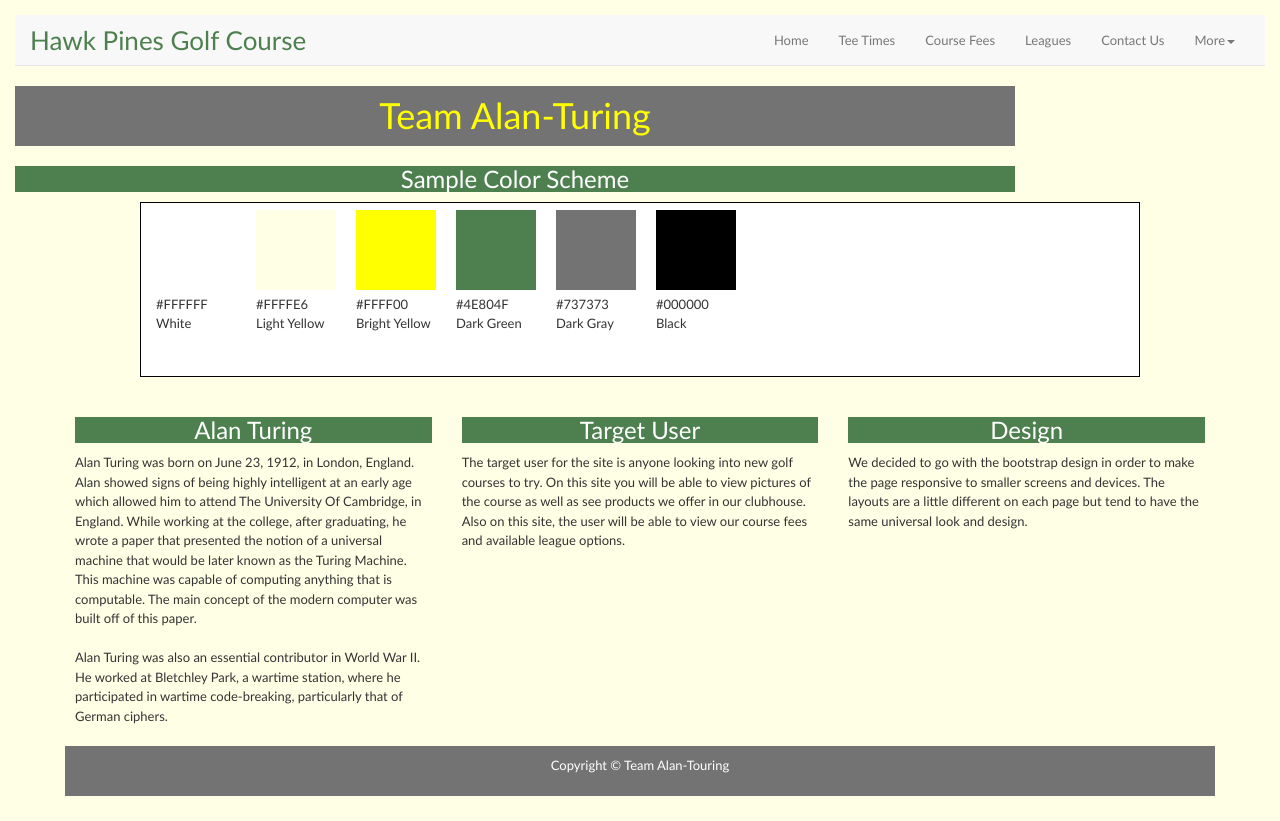
Repository: alia20/Golfcourse
Page: readMe.html
The author's editor kept a record of every edit. The page is drawn from the files as they stood at one moment, then again after the next edit.
The browser window is 1280 px wide. The pictures show the whole page.

Above is the page before.

### readMe.html
<!DOCTYPE html>
<html lang="en">
<head>
 <meta charset="utf-8">
 <meta name="viewport" content="width=device-width, initial-scale=1">
<!-- readMe.html - Group project
        Written by:  Andrew Nielsen  Nielsena5@csp.edu
        Csc135: Web Page
		Written: 12/1/2016
		Revised: 12/3/2016
   -->

<!--
Bootstrap Screen Resolutions:
lg - Large width      retina    1200px+
md - medium width     desktop    992px+
sm - small width      tablets    768px+
xs - xtra small       mobile       0px+
-->
<title>Alan-Turing Project</title>

</head>
<body>
<nav class="navbar navbar-default navbar-static-top">
    <div class="container-fluid">
        <div class="navbar-header">
            <span class="sr-only"><a href="#skip">Skip Navigation</a></span>

            <button type="button" class="navbar-toggle" data-toggle="collapse" data-target="#navbarcollapse">
                <span class="icon-bar"></span>
                <span class="icon-bar"></span>
                <span class="icon-bar"></span>
            </button>
            <a href="#" class="navbar-brand">Hawk Pines Golf Course</a>
        </div>
        <div class="navbar-right collapse navbar-collapse" id="navbarcollapse">
            <ul class="nav navbar-nav">
                <li> <a href="index.html">Home</a> </li>
                <li> <a href="teeTimes.html">Tee Times</a></li>
                <li> <a href="fees.html">Course Fees</a></li>
                <li> <a href="leagues.html">Leagues</a></li>
                <li> <a href="contact.html">Contact Us</a></li>
                <li> <a href="#" data-toggle="dropdown">More<span class="caret"></span></a>
                    <ul class="dropdown-menu">
                        <li> <a href="gallery.html">Photo Gallery</a></li>
                        <li> <a href="#">Clubhouse</a></li>
                        <li> <a href="#">Twitter</a></li>
                    </ul>
                </li>
            </ul>
        </div>
    </div>
</nav>
<p id="skip"></p>

<h1>Team Alan-Turing</h1>
<h3>Sample Color Scheme</h3>
<div class="colorRow">
     <div class="colorAndDesc">
           <div class="colorBox" style="background:#ffffff;">&nbsp;</div>
           <p>
           #FFFFFF<br>
           White<br>
           </p>
     </div>

     <div class="colorAndDesc">
           <div class="colorBox" style="background:#ffffe6;">&nbsp;</div>
            <p>
             #FFFFE6<br>
             Light Yellow<br>
            </p>
     </div>

   <div class="colorAndDesc">
        <div class="colorBox" style="background:#FFFF00;">&nbsp;</div>
        <p>
        #FFFF00<br>
        Bright Yellow<br>

        </p>
     </div>

     <div class="colorAndDesc">
        <div class="colorBox" style="background:#4E804F;">&nbsp;</div>
        <p>
        #4E804F<br>
        Dark Green<br>
        </p>
     </div>

     <div class="colorAndDesc">
        <div class="colorBox" style="background:#737373;">&nbsp;</div>
        <p>
        #737373<br>
        Dark Gray<br>
        </p>
     </div>

     <div class="colorAndDesc">
        <div class="colorBox" style="background:#000000;">&nbsp;</div>
        <p>
        #000000<br>
        Black<br>
        <br>
        </p>
     </div>
</div>
<div class="container">

     <div class="row">
         <div class="col-xs-4">
             <h3>Alan Turing</h3>
             <p>
                 Alan Turing was born on June 23, 1912, in London, England.  Alan showed signs of
                 being highly intelligent at an early age which allowed him to attend The University
                 Of Cambridge, in England.  While working at the college, after graduating, he wrote
                 a paper that presented the notion of a universal machine that would be later known
                 as the Turing Machine.  This machine was capable of computing anything that is computable.
                 The main concept of the modern computer was built off of this paper.
                 <br />
                 <br />
                 Alan Turing was also an essential contributor in World War II.  He worked at
                 Bletchley Park, a wartime station, where he participated in wartime code-breaking,
                 particularly that of German ciphers.
             </p>
         </div>

         <div class="col-xs-4">
             <h3>Target User</h3>
             <p>
                 The target user for the site is anyone looking into new golf courses to try.  On this
                 site you will be able to view pictures of the course as well as see products we offer
                 in our clubhouse.  Also on this site, the user will be able to view our course fees and
                 available league options.
             </p>
         </div>

         <div class="col-xs-4">
             <h3>Design</h3>
             <p>
                 We decided to go with the bootstrap design in order to make the page responsive to
                 smaller screens and devices.  The layouts are a little different on each page but tend
                 to have the same universal look and design.
             </p>
          </div>
       </div>
    <footer>
        <div class="row">
            <div class="col-lg-12 text-center">
                <p>Copyright &copy; Team Alan-Touring</p>
            </div>
        </div>
    </footer>
</div>


<!-- After the page loads, and the user has something to look at,
     download the files needed for jQuery and Bootstrap.
-->
<!-- (1) jQuery library -->
<script src="https://ajax.googleapis.com/ajax/libs/jquery/1.12.0/jquery.min.js"></script>
<!-- (2) Latest compiled JavaScript -->
<script src="https://maxcdn.bootstrapcdn.com/bootstrap/3.3.6/js/bootstrap.min.js"></script>
<!-- (3) Latest compiled and minified CSS -->
<link rel="stylesheet" href="https://maxcdn.bootstrapcdn.com/bootstrap/3.3.6/css/bootstrap.min.css" />
<!-- (4) Bring in local JavaScript functions -->
<!-- <script src="script.js"></script> -->
<link href="project.css" rel="stylesheet" type="text/css" />

</body>
</html>

### project.css
/*      project.css - style sheet for the group project
        Written by:  Andrew Nielsen  Nielsena5@csp.edu
        Csc135: Project CSS
		Written: 10/29/2016
		Revised: 11/13/2016
   */
a {
text-decoration:      none;
}

body {
background:           #ffffe6;
font-family:          optima, arial, helvetica, san-serif;
font-size:            130%;
line-height:          1.5;
padding:              15px;
}

form {
float:               left;
max-width:           100%;
}

h1 {
background:           #737373;
color:                #ffff00;
margin:               10px,10px;
max-width:            1000px;
padding:              10px;
text-align:           center;

}

h3 {
background:           #4e804f;
color:                white;
margin:               5px, auto;
max-width:            1000px;
padding:              5px,5px;
text-align:           center;
}

nav .container-fluid .navbar-header a  {
color:                #4e804f;
font-size:            2em;
}

button {
padding-left:         10px;
}

.aside {
float:                right;
max-width:            30%;
}

footer {
background-color:     #737373;
font-size:            1em;
color:                white;
}

.carousel-inner  .item  img,
.carousel-inner  .item  a  img {
width:                100%;
margin:               auto;
}

.colorRow {
background:           #ffffff;
border:               1px black solid;
display:              block;
height:               175px;
margin:               0px auto;
max-width:            1000px;
padding:              2px 15px;
}

.colorBox {
height:               80px;
margin:               5px 5px 5px 0px;
width:                80px;
}

.colorAndDesc {
float:                left;
width:                100px;
}

.container {
max-width:            1500px;
padding:              10px;
}

.input-group {
padding:              10px;
}

.row {
padding:              10px;
}

.table {
clear:                both;
max-width:            960px;
padding:              10px;
}

.thumbnail a {
text-decoration:      none;
}






.book_date {
    padding: 6px 8px;
    border: 1px solid #00AD8A;
    margin-bottom: 25px;
}
.people input[type="text"] {
    border: 1px solid #00AD8A;
    outline: none;
    padding: 8px 8px;
    width: 100%;
    color: #000;
    font-size: 0.9em;
	background:transparent;
}
.glyphicon.glyphicon-calendar {
    color: blue;
}
.types {
    width: 99%;
    padding: .4em 1em;
    font-size: 1em;
    outline: none;
    text-transform: capitalize;
    border: 1px solid #00AD8A;
	color: #000;
	    background: transparent;
}
.people input[type="submit"] {
    width: 100%;
    padding: 0.5em;
    margin-top: 1.5em;
    background: #00AD8A;
    outline: none;
    border: none;
    color: #fff;
}
.booking h5 {
    font-size: 1em;
    margin-bottom: 2em;
}
.booking-grids {
    margin-top: 2em;
}
.booking {
	padding: 5em 0;
	background:rgba(0, 173, 138, 0.06);
}



.footer{
	background-color: #c5a8ff;
	font-size: 1em;
	color: white;
}

After the next edit:
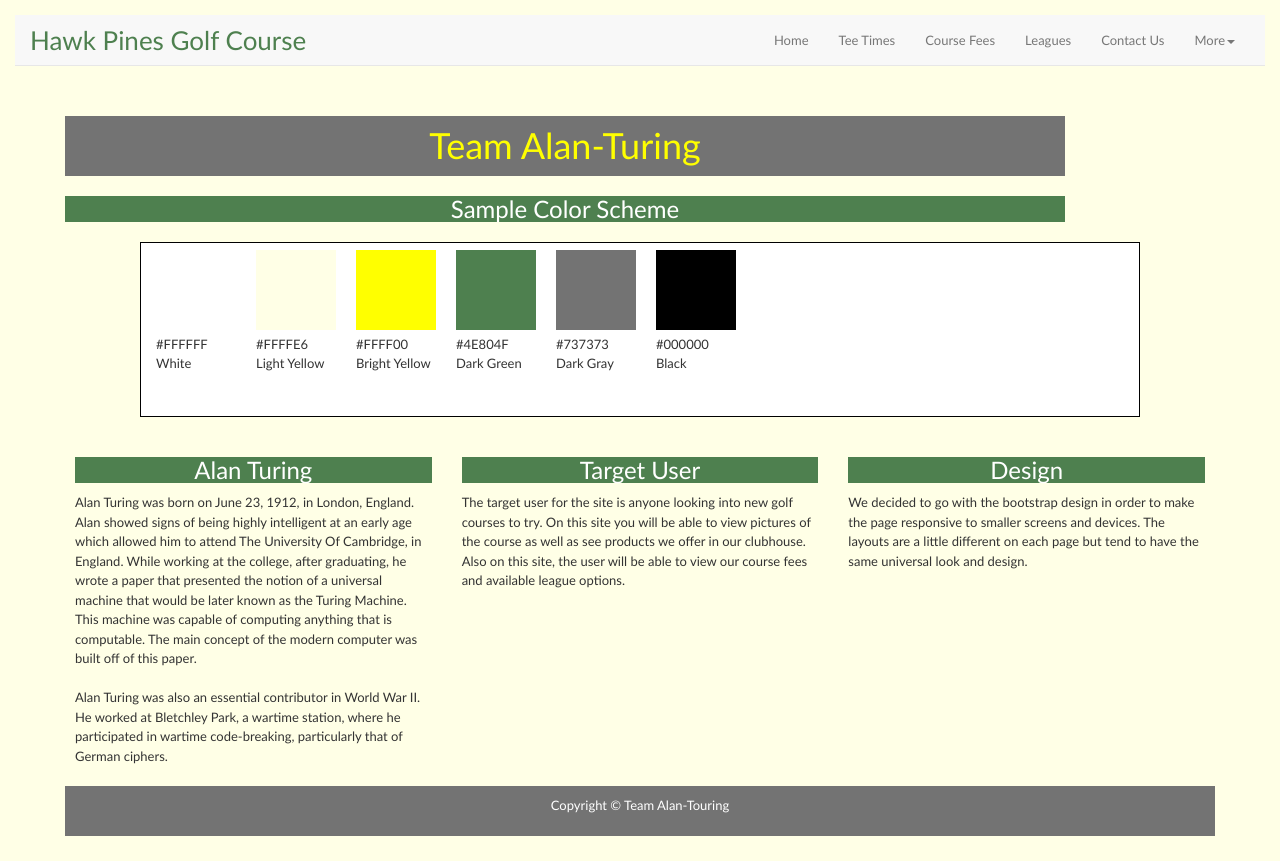
The edit:
--- a/readMe.html
+++ b/readMe.html
@@ -52,9 +52,10 @@
     </div>
 </nav>
 <p id="skip"></p>
-
-<h1>Team Alan-Turing</h1>
-<h3>Sample Color Scheme</h3>
+<div class="container">
+    <h1>Team Alan-Turing</h1>
+    <h3>Sample Color Scheme</h3>
+</div>
 <div class="colorRow">
      <div class="colorAndDesc">
            <div class="colorBox" style="background:#ffffff;">&nbsp;</div>
